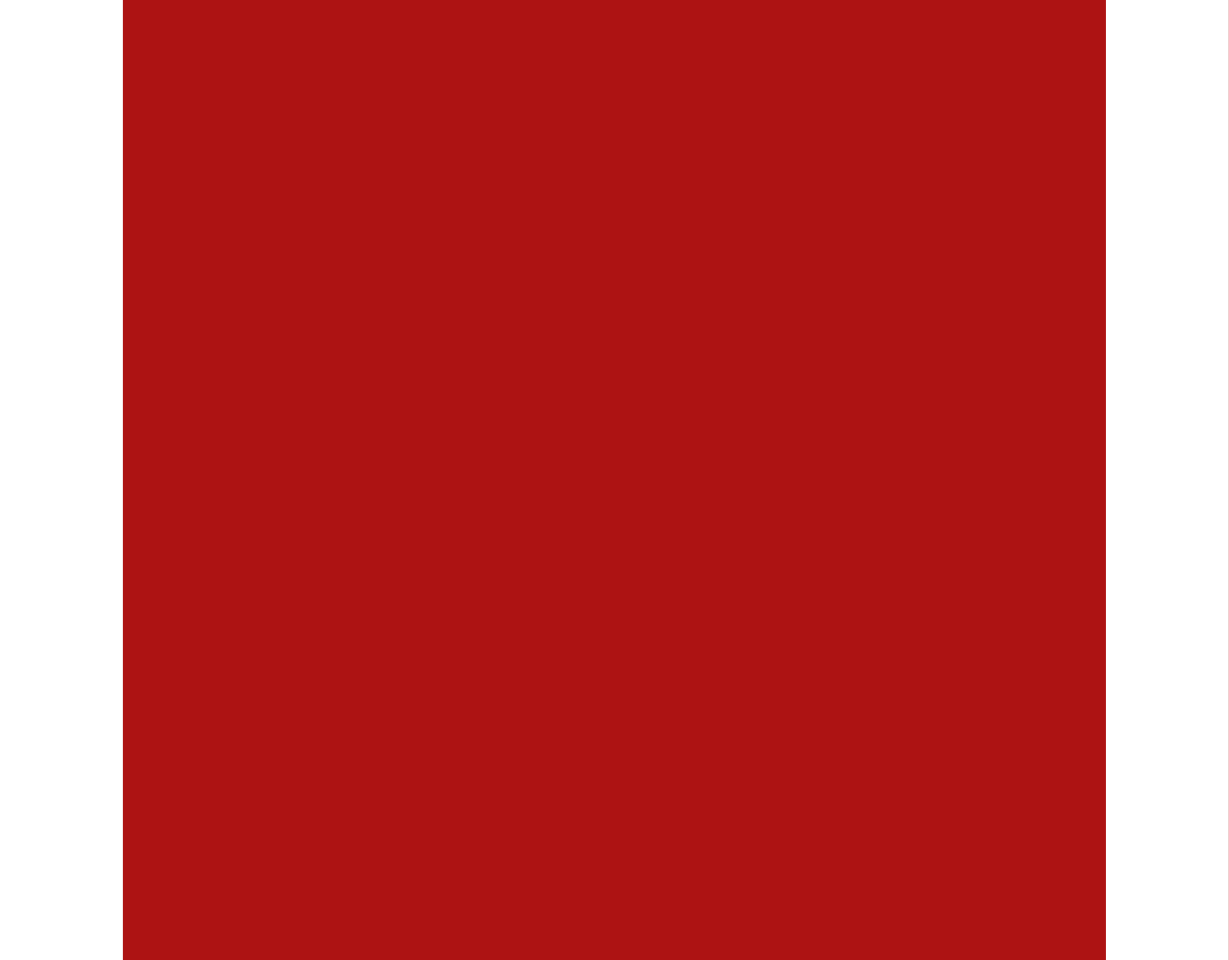
Repository: ThuatDev/fullstack_devc
Page: index.html
The author's editor kept a copy of each file at every save. The page is drawn from the files as they stood at one save, then again after the next save.
The browser window is 1280 px wide. The pictures show the whole page, at 96% of full size.

Above is the page before, as saved 2022-11-09 15:34:57.

### index.html
<!DOCTYPE html>
<html lang="en">
  <head>
    <meta charset="UTF-8" />
    <meta http-equiv="X-UA-Compatible" content="IE=edge" />
    <meta name="viewport" content="width=device-width, initial-scale=1.0" />
    <link rel="stylesheet" href="./index.css" />
    <title>Digital Agency</title>
  </head>
  <body>
    <div class="container">
      <div class="navbar">
        <div class="navbar_left">
          <p class="navbar__left-logo"></p>
        </div>
        <div class="navbar_right"></div>
      </div>
    </div>
  </body>
</html>

### index.css
* {
  padding: 0;
  margin: 0;
  box-sizing: border-box;
}
.container {
  width: 80%;
  height: 1000px;
  background-color: #ad1313;
  margin: 0 auto;
}

After the next save:
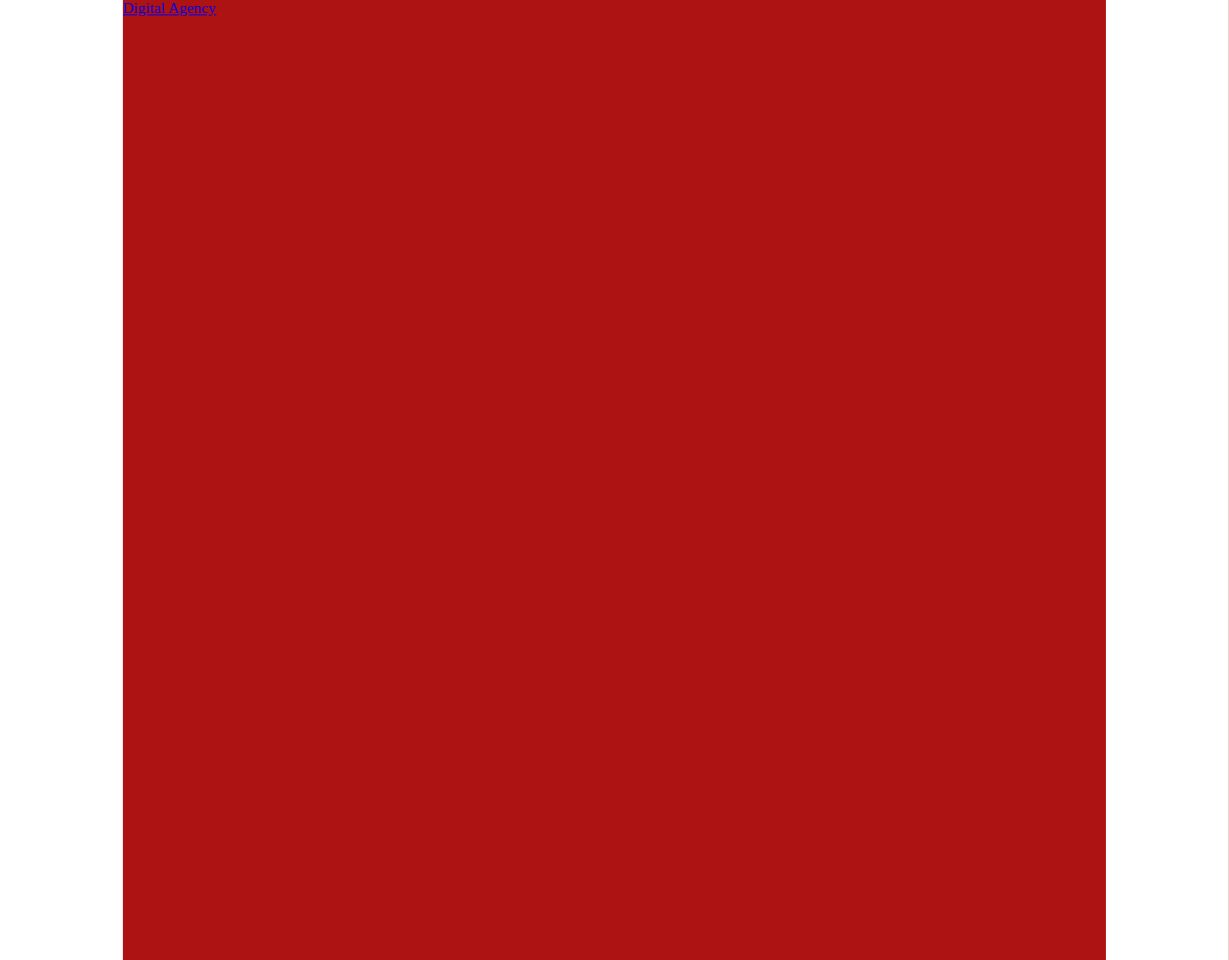
Saved 15 s later.
--- a/index.html
+++ b/index.html
@@ -11,7 +11,9 @@
     <div class="container">
       <div class="navbar">
         <div class="navbar_left">
-          <p class="navbar__left-logo"></p>
+          <p class="navbar__left-logo">
+            <a href="#">Digital Agency</a>
+          </p>
         </div>
         <div class="navbar_right"></div>
       </div>
